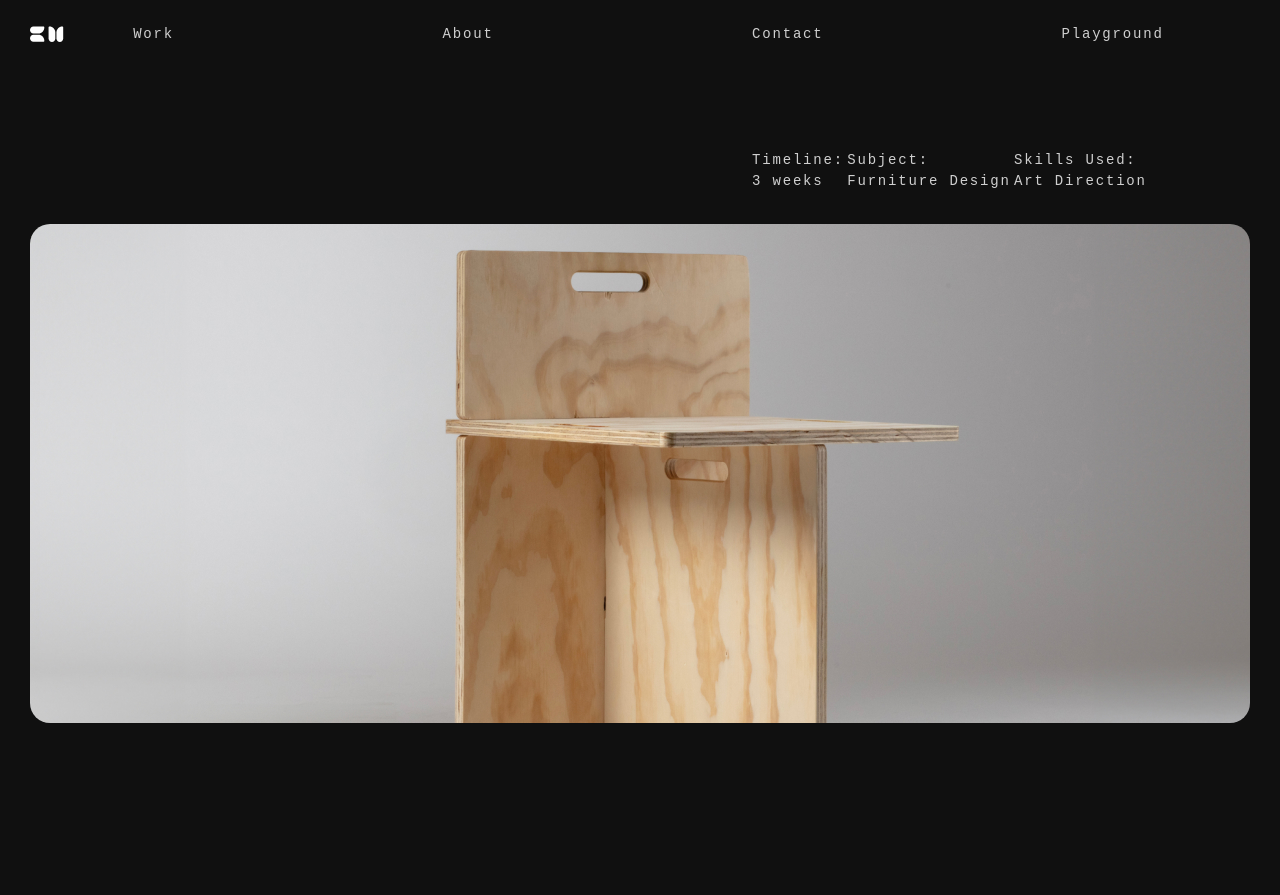
Repository: theethanwright/ethan_wright_portfolio
Page: work/work.html
These files come from the project's save history. The page is drawn as it stood at one moment and after the next save; the edit follows.
The browser window is 1280 px wide. The pictures show the whole page.

Above is the page before, as saved 2023-12-25 23:42:54.

After the next save:
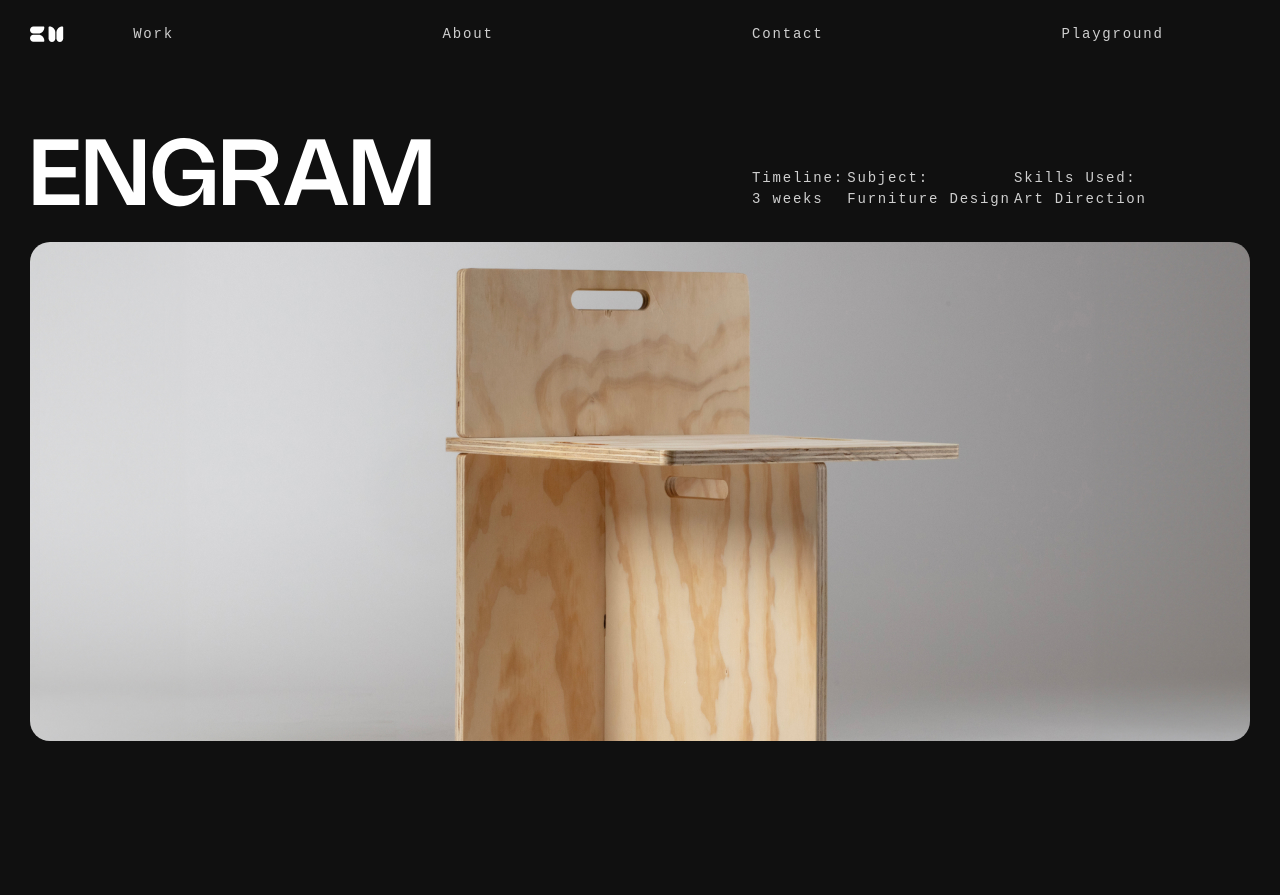
Saved 76 s later.
--- a/work/work.html
+++ b/work/work.html
@@ -33,14 +33,14 @@
               </svg></i>
         </a>
     </div>
-    <div class="wrapper-project hidden">
-        <h1>Engram</h1>
-        <div class="project-info">
+    <div class="wrapper-project">
+        <h1 class="hidden">Engram</h1>
+        <div class="project-info hidden">
         <p>Timeline:<br>3 weeks</p>
         <p>Subject:<br>Furniture Design</p>
         <p>Skills Used:<br>Art Direction</p>
         </div>
-        <a href="">
+        <a href="" class="hidden">
             <img src="public/images/1.jpg" alt="">
         </a>
     </div>
